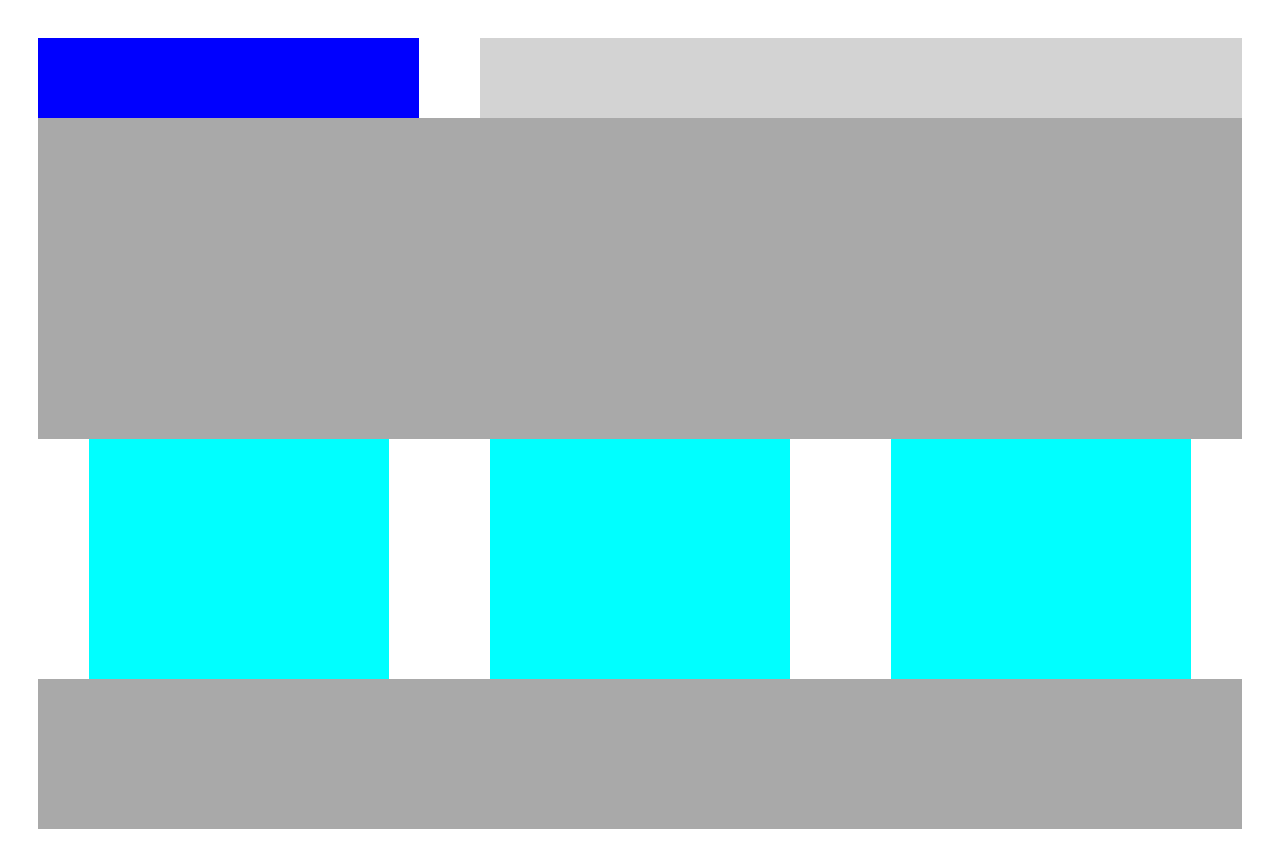
Repository: punitbathija/Placement-Assitance-iNeuron
Page: responsive-web-design.html
An editor plug-in stored every save of this project. The page is shown before and after the next save, followed by the edit.
The browser window is 1280 px wide. The pictures show the whole page.

Above is the page before, as saved 2023-05-23 15:30:06.

After the next save:
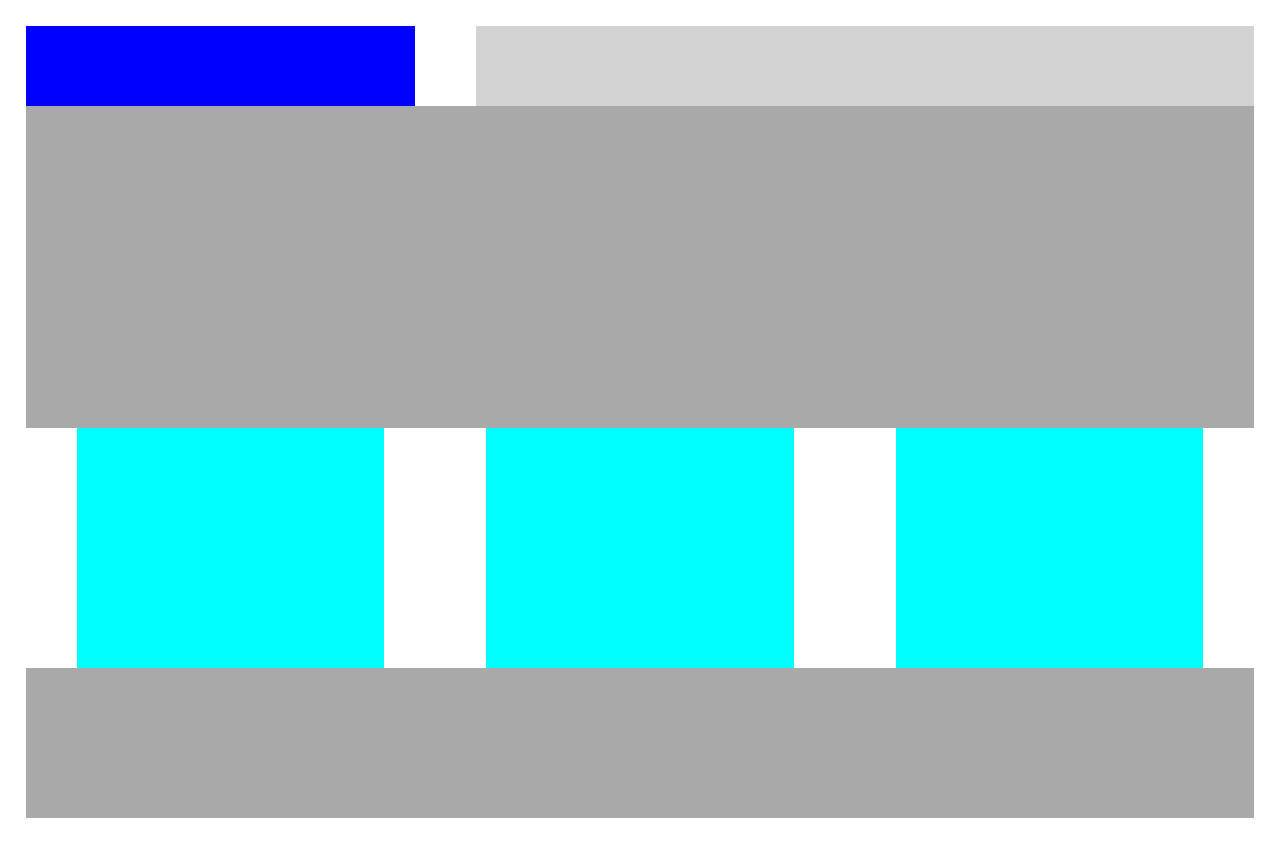
Saved 9 s later.
--- a/responsive-web-design.html
+++ b/responsive-web-design.html
@@ -9,8 +9,7 @@
         margin: 0;
         padding: 0;
         font-family: sans-serif;
-
-        padding: 3%;
+        padding: 2%;
         gap: 30px;
       }
 
